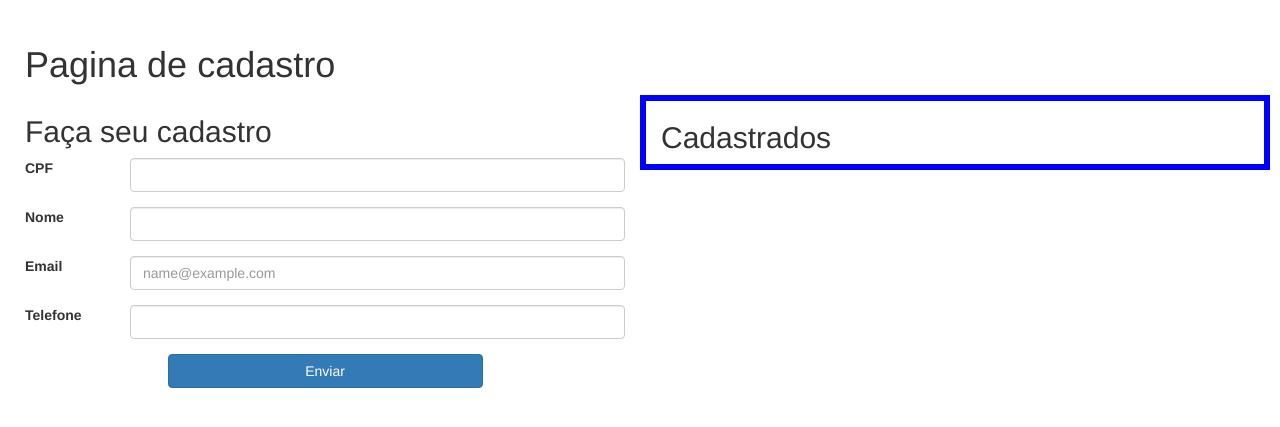
Repository: NicholasMaestrello/treinamento-impacta
Page: http://localhost/02_EmpresaRH/trabalhe_conosco.html
An editor plug-in stored every save of this project. The page is shown before and after the next save, followed by the edit.
The browser window is 1280 px wide. The pictures show the whole page.
Some web libraries are served in a nearby version. The page is served by Tomcat 9.

Above is the page before, as saved 2017-10-23 19:09:44.

### DesenvolvimentoJava/Modulo06/02_EmpresaRH/WebContent/trabalhe_conosco.html
<!DOCTYPE html>
<html>
<head>
<meta charset="UTF-8" />
<meta name="viewport" content="width=device-width, initial-scale=1.0" />
<title>trabalhe conosco</title>
<link rel="stylesheet" href="https://maxcdn.bootstrapcdn.com/bootstrap/3.3.7/css/bootstrap.min.css">
<link rel="stylesheet" href="css/trabalhe_conosco.css">
</head>
<body>
	<h1>Pagina de cadastro</h1>
	<div class="row">
		<form class="col-sm-6">
		<h2>Faça seu cadastro</h2>
			<div class="form-group row">
				<label for="cpf" class="col-sm-2">CPF</label>
				<div class="col-sm-10">
					<input type="email" class="form-control" id="cpf" name="cpf" />
				</div>
			</div>
			<div class="form-group row">
				<label for="nome" class="col-sm-2">Nome</label>
				<div class="col-sm-10">
					<input type="email" class="form-control" id="nome" name="nome" />
				</div>
			</div>
			<div class="form-group row">
				<label for="email" class="col-sm-2">Email</label>
				<div class="col-sm-10">
					<input type="email" class="form-control" id="email" name="email"
						placeholder="name@example.com">
				</div>
			</div>
			<div class="form-group row">
				<label for="telefone" class="col-sm-2">Telefone</label>
				<div class="col-sm-10">
					<input type="tel" class="form-control" id="telefone"
						name="telefone" />
				</div>
			</div>
			<div class="form-group row">
				<div class="col-sm-3"></div>
				<button id="enviar" type="button" class="btn btn-primary col-sm-6 col-xs-12">Enviar</button>
			</div>
		</form>
		<div class="col-sm-6 cadastrados">
			<h2>Cadastrados</h2>
			<ul id="listaCadastrados"></ul>
		</div>
	</div>
	<script type="text/javascript"
		src="https://code.jquery.com/jquery-3.2.1.min.js"></script>
	<script
		src="https://maxcdn.bootstrapcdn.com/bootstrap/3.3.7/js/bootstrap.min.js"></script>
	<script src="trabalhe.js" type="text/javascript"></script>
</body>
</html>

### DesenvolvimentoJava/Modulo06/02_EmpresaRH/WebContent/css/trabalhe_conosco.css
body {
	clear: both;
	padding: 25px;
}

.margin-image{
	margin: 10px;
}

.footer{
	bottom:0;
	width: 100%;
	text-align: center;
	padding: 20px;
	background-color: #7F7F7F;
	color: white;
}

.cadastrados{
	border: 6px solid blue;
}

### DesenvolvimentoJava/Modulo06/02_EmpresaRH/WebContent/trabalhe.js
$(document).ready(function(){
	let request, db;

	// abrindo ou cirando o banco de dados

	request = window.indexedDB.open("DBCandidatos");

	// eventos usados ao abrir o banco de dadeos

	request.onerror = function(event) {
		//$("#mensagemdb").html("Erro ao abrir o banco de dados");
		console.log("Erro ao abrir o banco de dados")
	}

	request.onsuccess = function(event) {
		//$("#mensagemdb").html("Banco de dados aberto com sucesso");
		console.log("Banco de dados aberto com sucesso")
		db = event.target.result;
		listar()
	}

	request.onupgradeneeded = function(event){
		//$("#mensagemdb").html("Banco de dados preparado");
		console.log("Banco de dadeos preparado")
		db = event.target.result;
		let objectStore = db.createObjectStore("candidatos", {keyPath: "cpf"})
	}


	$("#enviar").click(function(){
		let cpf = $("#cpf").val();
		let nome = $("#nome").val();
		let telefone = $("#telefone").val();
		let email = $("#email").val();

		let transaction = db.transaction(["candidatos"], "readwrite");
		transaction.oncomplete = function(event){
			$("#mensagemdb").html("registro incluido");
		}
		transaction.onerror = function(event){
			$("#mensagemdb").html("ocorreu um erro");
		}
		let objectStore = transaction.objectStore("candidatos");
		objectStore.add({cpf, nome, telefone, email});
		listar()
	})

	function listar() {
		console.log("entrou no listar")
		let transaction = db.transaction(["candidatos"], "readonly")
		let objectStore = transaction.objectStore("candidatos");
		objectStore.openCursor().onsuccess = function(event){
			let cursor = event.target.result;
			if(cursor){
				$("#listaCadastrados").append(`<li> ${cursor.value.nome}</li>`);
				cursor.continue()
			}
		}
	}

})

After the next save:
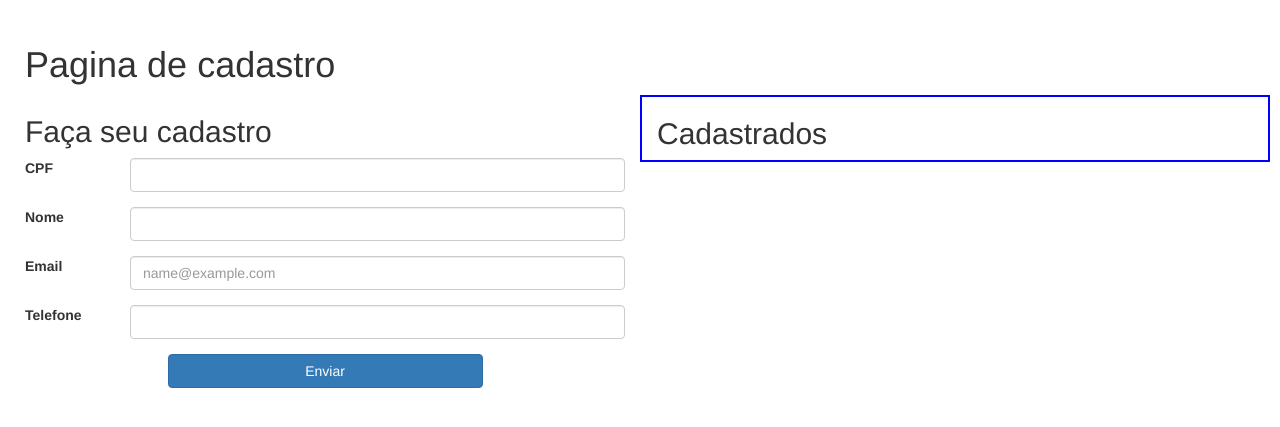
Saved 5 s later.
--- a/DesenvolvimentoJava/Modulo06/02_EmpresaRH/WebContent/css/trabalhe_conosco.css
+++ b/DesenvolvimentoJava/Modulo06/02_EmpresaRH/WebContent/css/trabalhe_conosco.css
@@ -17,5 +17,5 @@ body {
 }
 
 .cadastrados{
-	border: 6px solid blue;
+	border: 2px solid blue;
 }
